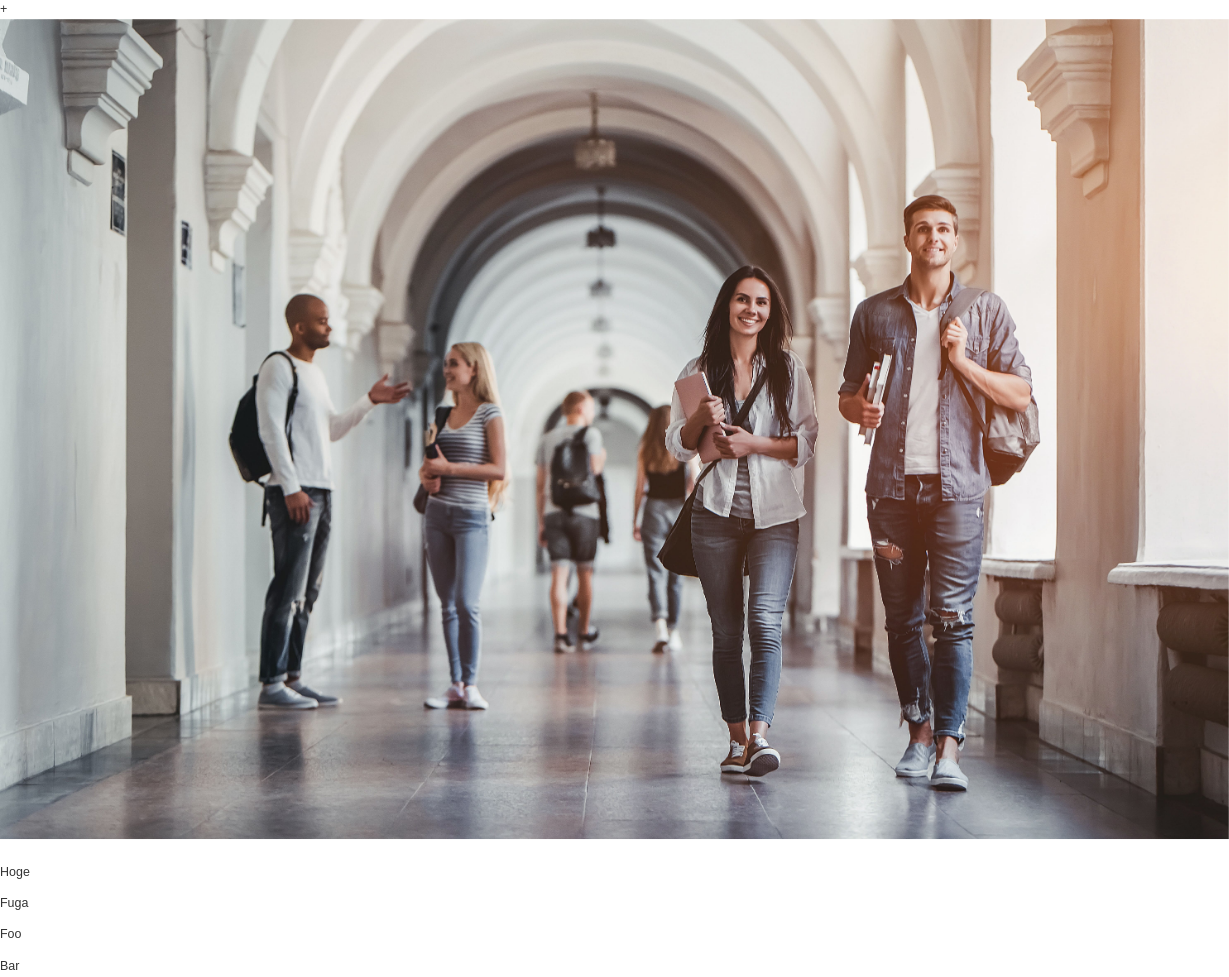
Repository: takunn42/samurai_HTML-CSS
Page: home.html
The author's editor kept a record of every edit. The page is drawn from the files as they stood at one moment, then again after the next edit.
The browser window is 1280 px wide. The pictures show the whole page, at 96% of full size.

Above is the page before.

After the next edit:
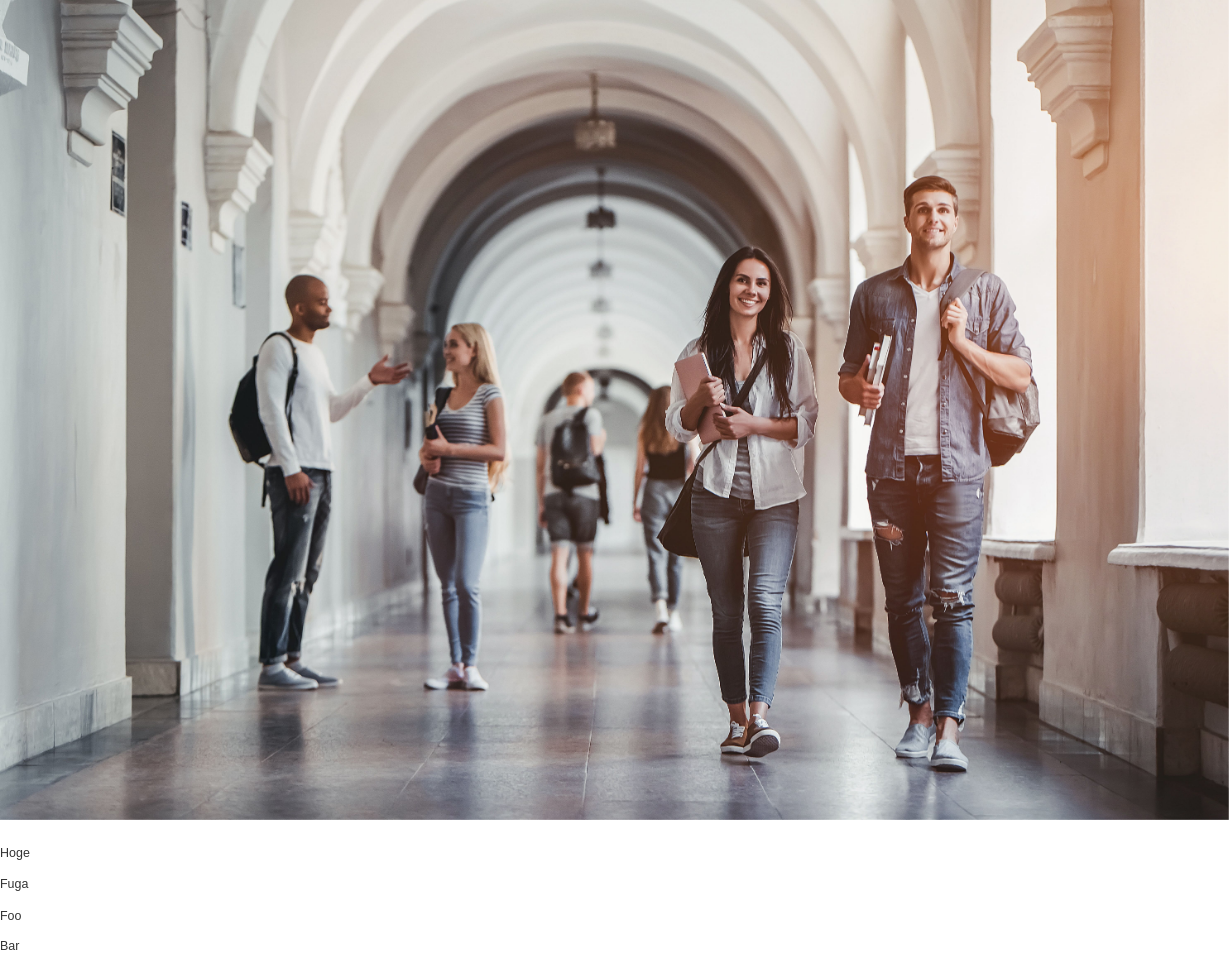
The edit:
--- a/home.html
+++ b/home.html
@@ -12,7 +12,7 @@
 
     </head>
     <body>
-        +        <div id="header">
+        <div id="header">
             <h1><a href="index.html"><img id="corridor" src="images/corridor.jpg" alt="大学の廊下" /></a></h1>
         </div>
         <div id="wrapper">
